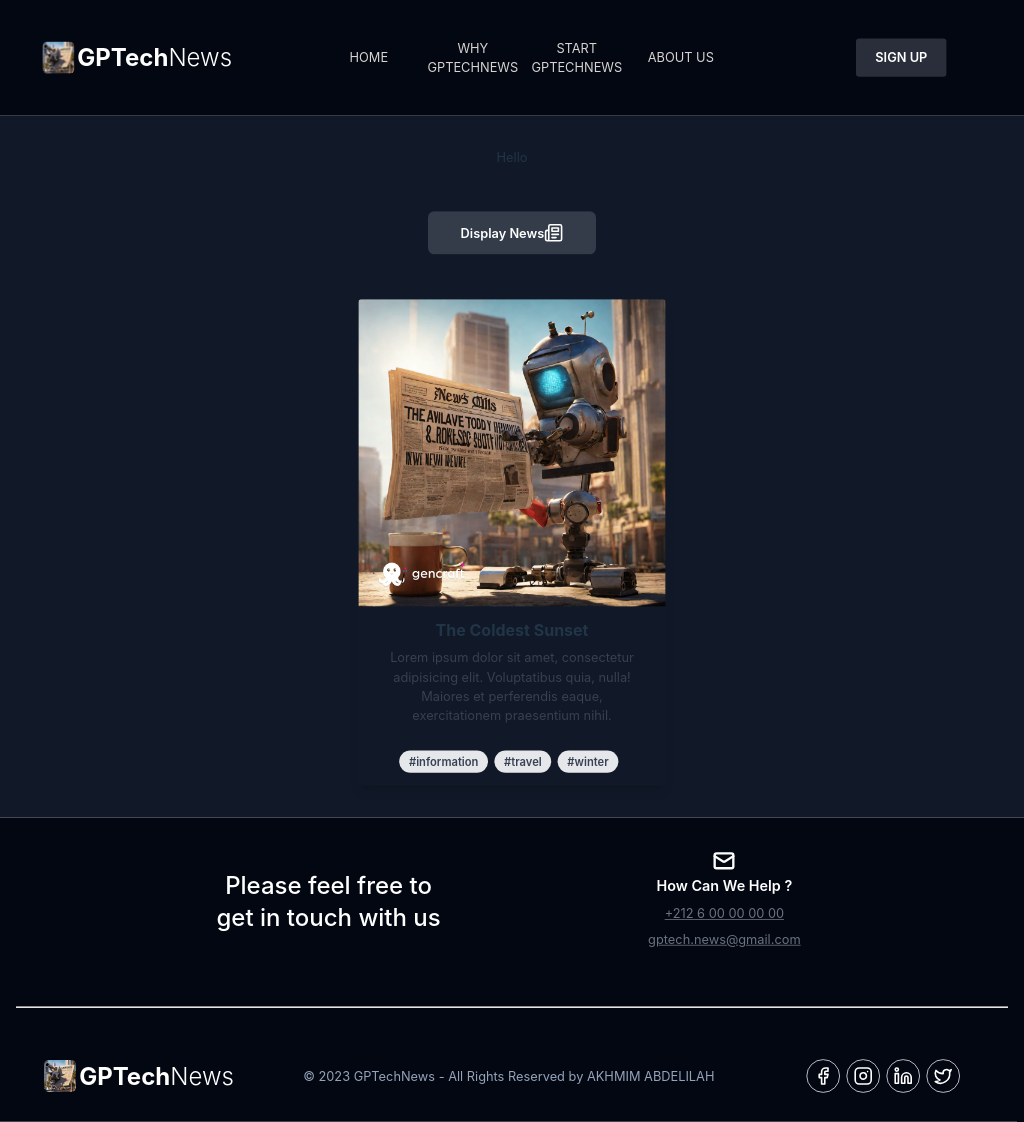
Repository: Lablab-me-Hackathon/gptech-news-frontend
Page: /
The author's editor kept a copy of each file at every save. The page is drawn from the files as they stood at one save, then again after a run of saves.
The browser window is 1280 px wide. The pictures show the whole page, at 80% of full size.
The project was rebuilt for these pictures with package versions that can differ from the ones it lists, and the page was loaded fresh each time. Also part of the build but not shown: vite.config.js.

Above is the page before, as saved 2023-08-05 17:27:14.

After the next 2 saves:
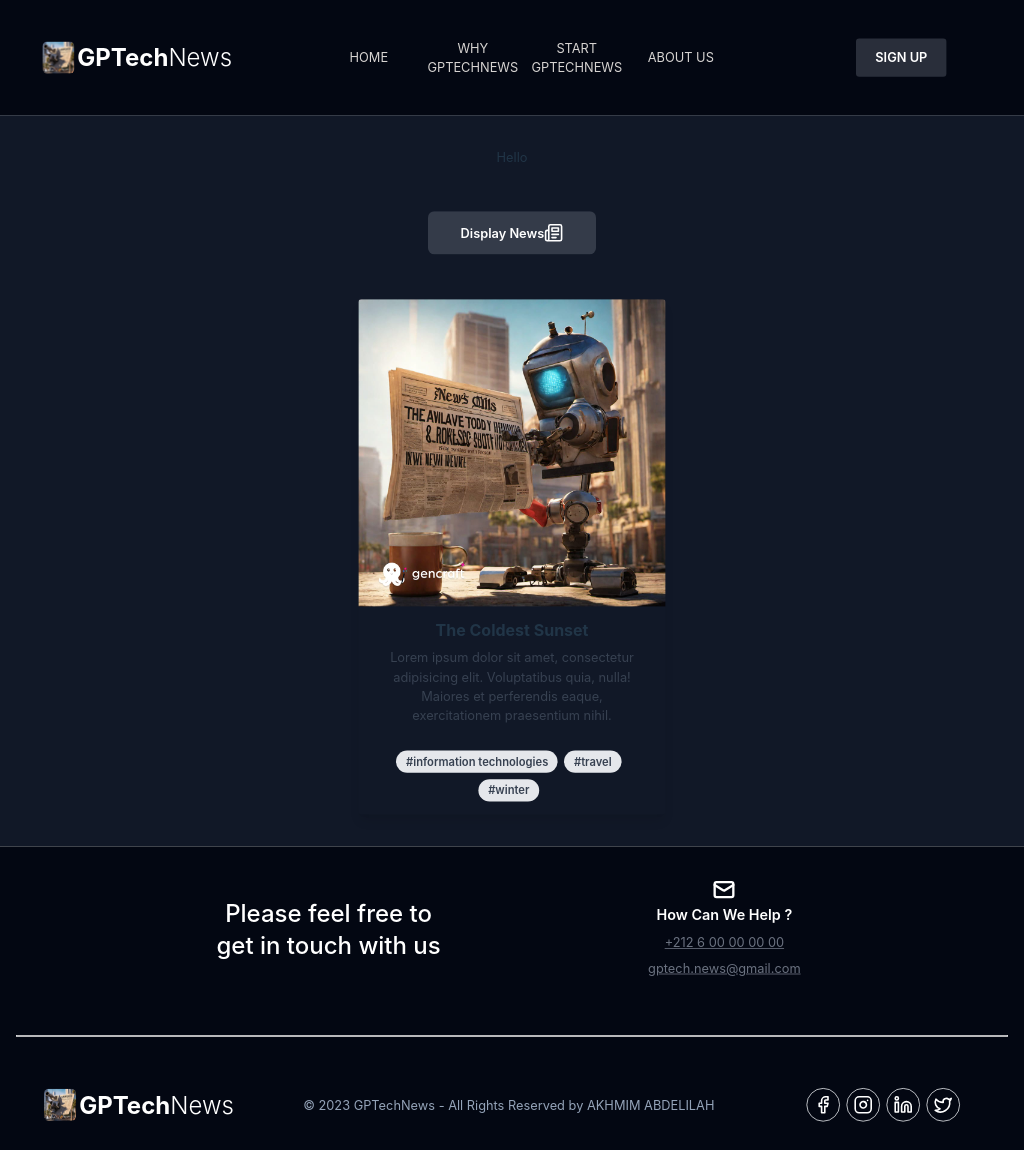
The 2 saves are shown as one change because they came seconds apart.
The last was saved 11 s later.
--- a/src/services/main/Cards.jsx
+++ b/src/services/main/Cards.jsx
@@ -10,7 +10,7 @@
       </p>
     </div>
     <div className="px-6 pt-4 pb-2">
-      <span className="inline-block bg-gray-200 rounded-full px-3 py-1 text-sm font-semibold text-gray-700 mr-2 mb-2">#information</span>
+      <span className="inline-block bg-gray-200 rounded-full px-3 py-1 text-sm font-semibold text-gray-700 mr-2 mb-2">#information technologies</span>
       <span className="inline-block bg-gray-200 rounded-full px-3 py-1 text-sm font-semibold text-gray-700 mr-2 mb-2">#travel</span>
       <span className="inline-block bg-gray-200 rounded-full px-3 py-1 text-sm font-semibold text-gray-700 mr-2 mb-2">#winter</span>
     </div>
